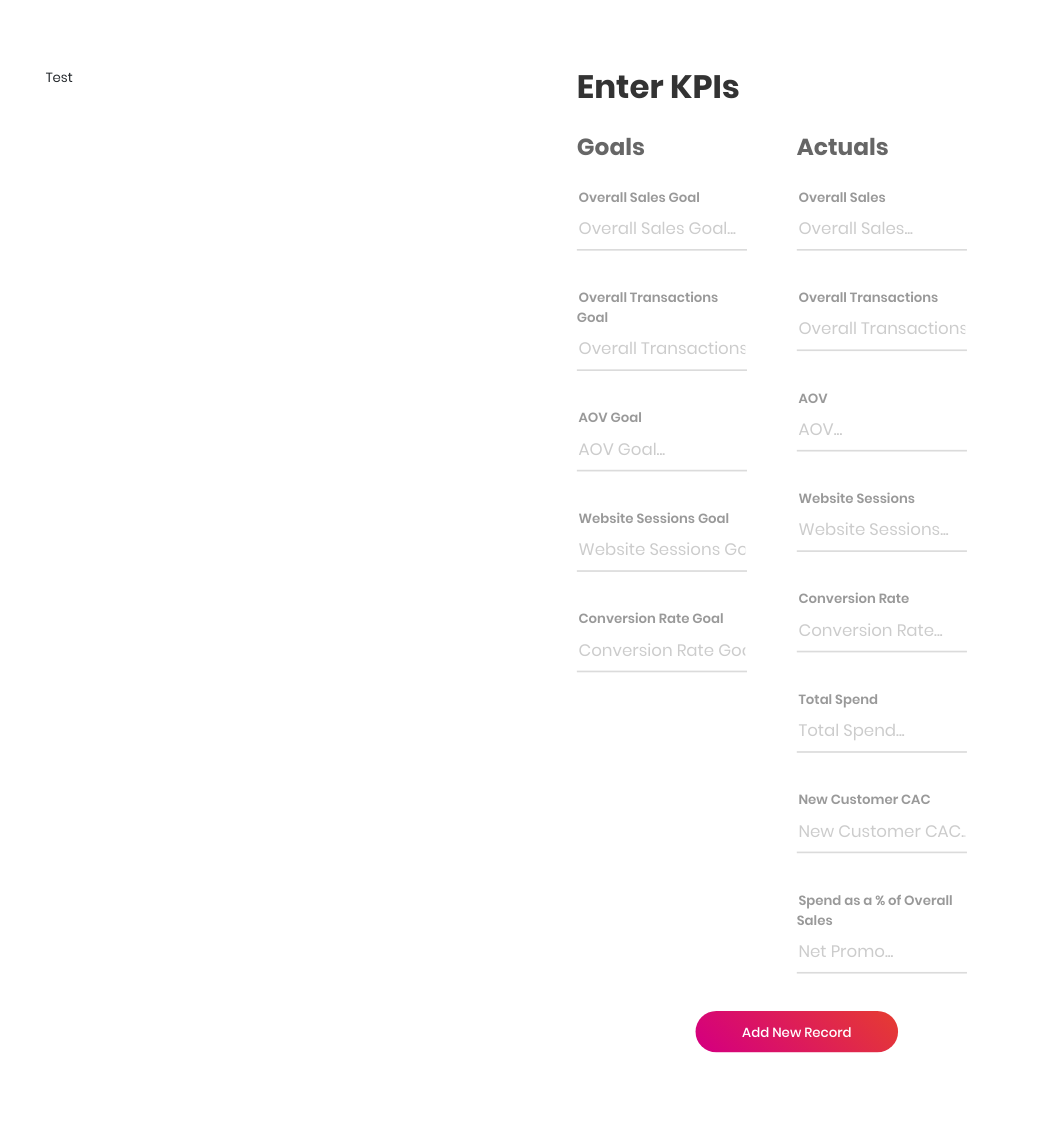
Repository: jameyel/kpi-entry
Page: index.html
An editor plug-in stored every save of this project. The page is shown before and after the next save, followed by the edit.
The browser window is 1280 px wide. The pictures show the whole page, at 83% of full size.
The page's requests for data from a server got no answer.

Above is the page before, as saved 2018-12-10 13:09:20.

After the next save:
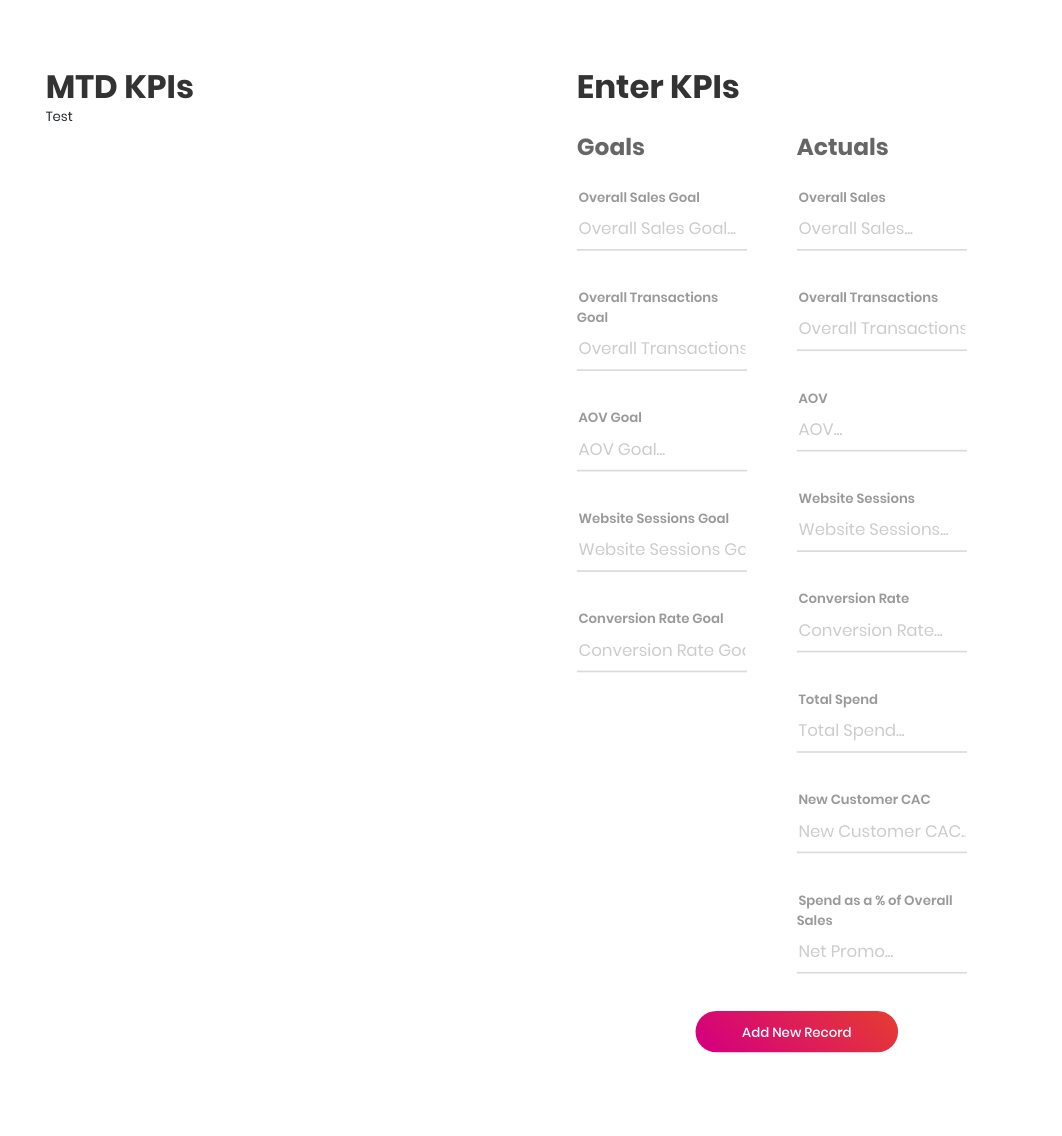
Saved 46 s later.
--- a/index.html
+++ b/index.html
@@ -89,6 +89,7 @@
   <body>
     <div class="container-kpi100">
       <div class="kpi100-chart">
+        <span class="kpi100-form-title"> MTD KPIs </span>
         <div class="label-center ldbar-overall-sales">Test</div>
       </div>
 
